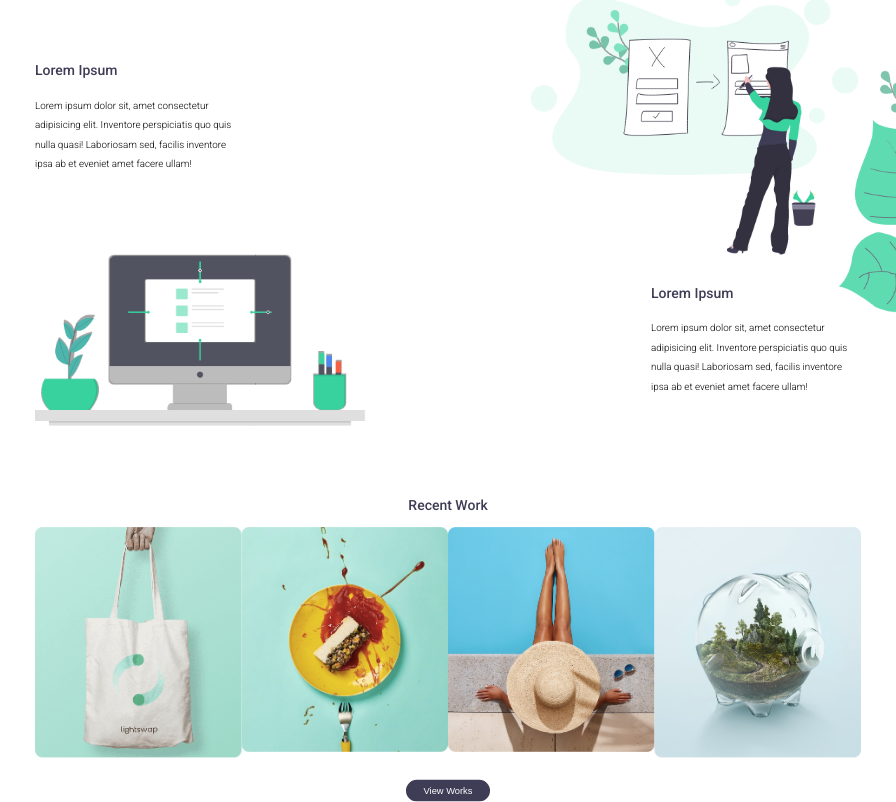
Repository: kebinh1235/porfolio-demo
Page: index.html
The author's editor kept a copy of each file at every save. The page is drawn from the files as they stood at one save, then again after the next save.
The browser window is 1280 px wide. The pictures show the part of the page from y = 1250 to 3170 px (the page is 2395 px tall before and 3170 px after), at 70% of full size.
Some web libraries are served in a nearby version.

Above is the page before, as saved 2021-10-20 16:43:56.

### index.html
<!DOCTYPE html>
<html lang="en">
<head>
  <meta charset="UTF-8">
  <meta http-equiv="X-UA-Compatible" content="IE=edge">
  <meta name="viewport" content="width=device-width, initial-scale=1.0">
  <title>Document</title>
  <!--CSS-->
  <link rel="stylesheet" href="./css/style.css">
</head>
<body>
  <!-- header -->
  <header>
    <div class="container">
      <nav class="navbar">
        <!-- logo -->
        <div class="navbar__logo">
          <img src="./img/logo.svg" alt="Website logo">
        </div>
        <!-- links -->
        <ul class="navbar__list">
          <li class="navbar__item"><a href="#" class="navbar__link">Home</a></li>
          <li class="navbar__item"><a href="#" class="navbar__link">About</a></li>
          <li class="navbar__item"><a href="#" class="navbar__link">Resume</a></li>
          <!-- <li class="navbar__item"><a href="#" class="navbar__link btn navbar__mobile-active">Contact Us</a></li> -->
          <a href="#"><button class="btn navbar__btn">Contact Us</button></a>
        </ul>
        <!-- menu mobile -->
        <div class="navbar__icons">
          <div class="navbar__icon"></div>
        </div>
      </nav>
    </div>
  </header>
  <!-- banner -->
  <section id="banner">
    <div class="container">
      <!-- img -->
      <div class="banner__img">
        <img src="./img/banner-img.png" alt="Of Women">
      </div>
      <!-- heading -->
      <div class="banner__heading">
        <h1>Hello I'm Lisa</h1>
        <p>Lorem ipsum dolor sit amet consectetur adipisicing elit. Sint totam possimus odio voluptates vitae quo repudiandae dolorum quibusdam eveniet eos!</p>
        <a href="#"><button class="btn banner__btn">View More</button></a>
        <div class="banner__social">
          <a href="#"><i class="fab fa-dribbble"></i></a>
          <a href="#"><i class="fab fa-behance"></i></a>
          <a href="#"><i class="fab fa-linkedin-in"></i></a>
        </div>
      </div>
    </div>
  </section>
  <!-- thing to do -->
  <section id="things">
    <div class="container">
      <!-- decoration -->
      <div class="things__dec">
        <img src="./img/things-dec-l.png" alt="">
      </div>
      <div class="things__dec">
        <img src="./img/things-dec-r.png" alt="">
      </div>
      <!-- item 1 -->
      <div class="things__item">
        <!-- img -->
        <img src="./img/things-item-1.png" alt="Of Women">
        <!-- heading -->
        <div class="things__item-heading">
          <span>Lorem Ipsum</span>
          <p>Lorem ipsum dolor sit, amet consectetur adipisicing elit. Inventore perspiciatis quo quis nulla quasi! Laboriosam sed, facilis inventore ipsa ab et eveniet amet facere ullam!</p>
        </div>
      </div>
      <!-- item 2 -->
      <div class="things__item">
        <!-- img -->
        <img src="./img/things-item-2.png" alt="Of Women">
        <!-- heading -->
        <div class="things__item-heading">
          <span>Lorem Ipsum</span>
          <p>Lorem ipsum dolor sit, amet consectetur adipisicing elit. Inventore perspiciatis quo quis nulla quasi! Laboriosam sed, facilis inventore ipsa ab et eveniet amet facere ullam!</p>
        </div>
      </div>
      <!-- item 3 -->
      <div class="things__item">
        <!-- img -->
        <img src="./img/things-item-3.png" alt="Of Women">
        <!-- heading -->
        <div class="things__item-heading">
          <span>Lorem Ipsum</span>
          <p>Lorem ipsum dolor sit, amet consectetur adipisicing elit. Inventore perspiciatis quo quis nulla quasi! Laboriosam sed, facilis inventore ipsa ab et eveniet amet facere ullam!</p>
        </div>
      </div>

    </div>
  </section>
  <!-- works -->
  <section id="works">
    <div class="container">
      <span>Recent Work</span>
      <div class="works__img">
        <div class="works__img--single">
          <img src="./img/work-1.png" alt="">
        </div>
        <div class="works__img--single">
          <img src="./img/work-2.png" alt="">
        </div>
        <div class="works__img--single">
          <img src="./img/work-3.png" alt="">
        </div>
        <div class="works__img--single">
          <img src="./img/work-4.png" alt="">
        </div>
      </div>
      <div class="works__btn">
        <a href="#">
          <button class="btn">View Works</button>
        </a>
      </div>
    </div>
  </section>
  <!--Font awesome-->
  <script src="https://kit.fontawesome.com/5d1e581bbe.js" crossorigin="anonymous"></script>
  <!--JS-->
  <script src="./js/main.js"></script>
</body>
</html>

### css/style.css
@import url('https://fonts.googleapis.com/css2?family=Roboto:wght@300;500&display=swap');
:root {
  --green: #54B192;
  --green-l: #A4CEC0;
  --gray: #3F3D56;
  --white: #fff;
  --smooth: all .3s linear;
}
* {
  margin: 0;
  padding: 0;
  box-sizing: border-box;
  list-style-type: none;
  text-decoration: none;
}
html {
  scroll-behavior: smooth;
  font-size: 62.5%;
}
body {
  font-family: "Roboto", sans-serif;
}
img {
  max-width: 100%;
  width: 100%;
}
.container {
  max-width: 1200px;
  width: 100%;
  margin: 0 auto;
  padding: 0 10px;
}
.btn {
  text-align: center;
  background: var(--gray);
  color: var(--white);
  padding: .8rem 2.5rem;
  border: none;
  border-radius: 100px;
  cursor: pointer;
  transition: var(--smooth);
}
.btn:hover {
  background: var(--green-l);
  transition: var(--smooth);
}
/*header*/
header {
  position: fixed;
  width: 100%;
}
.navbar {
  display: flex;
  justify-content: space-between;
  align-items: center;
  padding: 20px 0;
}
.navbar__logo {
  width: 57px;
  height: 57px;
  object-fit: cover;
}
.navbar__logo img {
  width: 100%;
}
.navbar__list{
  position: fixed;
  top: 0;
  left: 0;
  bottom: 0;
  background: var(--gray);
  width: 60%;
  max-width: 100%;
  transform: translateX(-100%);
  opacity: 0;
  transition: var(--smooth);
  z-index: 10;
}
.navbar__list.navbar__open {
  transform: translateX(0);
  opacity: 1;
}
.navbar__link{
  padding: 20px;
  font-size: 1.4rem;
  display: block;
  color: var(--white);
}
.navbar__link:hover {
  color: var(--green);
  transition: var(--smooth);
}
.navbar__btn{
  font-size: 1.4rem;
  margin: 20px;
  background: var(--green);
}
/*Menu icon*/
.navbar__icons{
  display: flex;
  justify-content: center;
  align-items: center;
  width: 50px;
  height: 50px;
  cursor: pointer;
  transition: var(--smooth);
  z-index: 10;
}
.navbar__icon{
  width: 40px;
  height: 6px;
  border-radius: 5px;
  background: var(--gray);
  position: relative;
  transition: var(--smooth);
}
.navbar__icon:before,
.navbar__icon:after {
  content: '';
  position: absolute;
  width: 40px;
  height: 6px;
  border-radius: 5px;
  background: var(--gray);
  transition: var(--smooth);
}
.navbar__icon:before {
  transform: translateY(-12px)
}
.navbar__icon:after {
  transform: translateY(12px)
}
/* menu icon animation */
.open .navbar__icon {
  transform: translateX(-50px);
  background: transparent;
}
.open .navbar__icon:before {
  transform: rotate(45deg) translate(35px, -35px);
}
.open .navbar__icon:after {
  transform: rotate(-45deg) translate(35px, 35px);
}
@media screen and (min-width: 992px) {
  .navbar__list {
    display: flex;
    justify-content: flex-end;
    align-items: center;
    transform: translateX(0);
    position: initial;
    opacity: 1;
    background: transparent;
  }
  .navbar__link {
    color: var(--gray);
  }
  .navbar__btn {
    background: var(--gray);
  }
  .navbar__icons {
    display: none;
  }
}

/* banner */
#banner {
  position: relative;
  height: 100vh;
  display: flex;
  align-items: center;
}
.banner__img {
  position: absolute;
  top: 0;
  right: 0;
  z-index: -1;
}
.banner__heading {
  max-width: 300px;
  margin: 0 auto;
  text-align: center;
}
.banner__heading h1 {
  font-size: 2rem;
  padding-top: 4em;
  margin-bottom: .8em;
}
.banner__heading p {
  font-weight: 300;
  line-height: 2em;
  margin-bottom: 1.5em;
  font-size: 1.5rem;
}
.banner__social {
  display: flex;
  align-items: center;
  justify-content: space-evenly;
  margin-top: 3em;
  font-size: 1.5rem;
}
.banner__social a {
  color: var(--gray);
  transition: var(--smooth);
}
.banner__social a:hover {
  color: var(--green-l);
}

@media (min-width: 992px) {
    .banner__img {
      width: 60%;
    }
    .banner__heading {
      text-align: initial;
      margin: 0;
      padding-top: 0;
    }
    .banner__social {
      justify-content: flex-start;
    }
    .banner__social a {
      margin-right: 45px;
    }
}

/* thing to do */
#things {
  position: relative;
  overflow-x: hidden;
  margin-top: 15em;
}
.things__dec {
  position: absolute;
  top: 0;
  left: 0;
  transform: translateX(-60%);
  z-index: -1;
}
.things__dec:nth-child(2) {
  position: absolute;
  top: initial;
  left: initial;
  bottom: 10%;
  right: 0;
  transform: translateX(60%);
  z-index: -1;
}
.things__item span {
  display: block;
  text-align: center;
  color: var(--gray);
  margin-bottom: .5em;
  font-size: 2rem;
}
.things__item {
  margin: 3em 0;
}
.things__item img {
  padding-bottom: 4em;
}
.things__item--heading {
  text-align: center;
  color: var(--gray);
}
.things__item-heading p {
  max-width: 300px;
  font-weight: 300;
  line-height: 2em;
  margin: 0 auto;
  padding-top: 1em;
  font-size: 1.4rem;
}

@media (min-width: 992px) {
  .things__item {
    display: flex;
    justify-content: space-between;
    align-items: center;
    margin: 0;
  }
  .things__item img {
    width: 40%;
    padding: 0;
  }
  .things__item--heading {
    width: 45%;
    text-align: initial;
  }
  .things__item span {
    text-align: initial;
  }
  .things__item--heading p {
    max-width: 500px;
    margin: 0;
  }
  .things__item:nth-child(even) img {
    order: 2;
    width: 40%;
    padding-bottom: 0;
  }
  .things__item--heading:nth-child(even) {
    order: 1;
    width: 45%;
    text-align: initial;
  }
}

/* works */
#works {
  position: relative;
  overflow-x: hidden;
  padding-top: 10em;
}
#works span {
  font-size: 2rem;
  text-align: center;
  display: block;
  color: var(--gray);
}
.works__img--single {
  margin: 2em 0;
}
.works__btn {
  text-align: center;
  margin-top: 1em;
}

@media (min-width: 992px) {
  .works__img {
     display: flex;
  }
}

### js/main.js
const menu = document.querySelector('.navbar__list');
const menuIcon = document.querySelector('.navbar__icons')

menuIcon.addEventListener('click', () =>{
  menu.classList.toggle('navbar__open');
  menuIcon.classList.toggle('open');
})

After the next save:
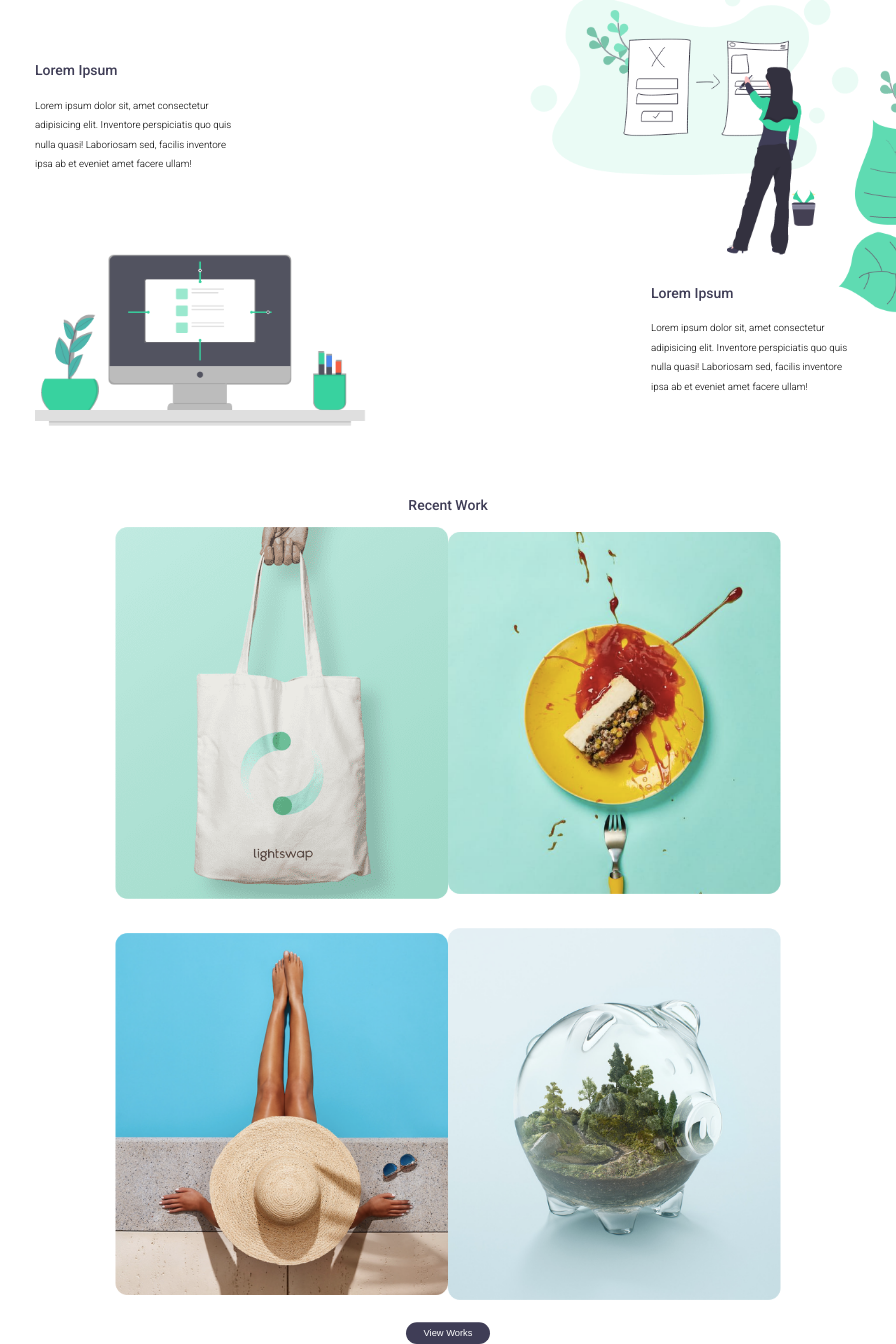
Saved 62 s later.
--- a/css/style.css
+++ b/css/style.css
@@ -328,5 +328,8 @@ header {
 @media (min-width: 992px) {
   .works__img {
      display: flex;
-  }
-}
+     justify-content: center;
+      align-items: center;
+      flex-wrap: wrap;
+    }
+}
